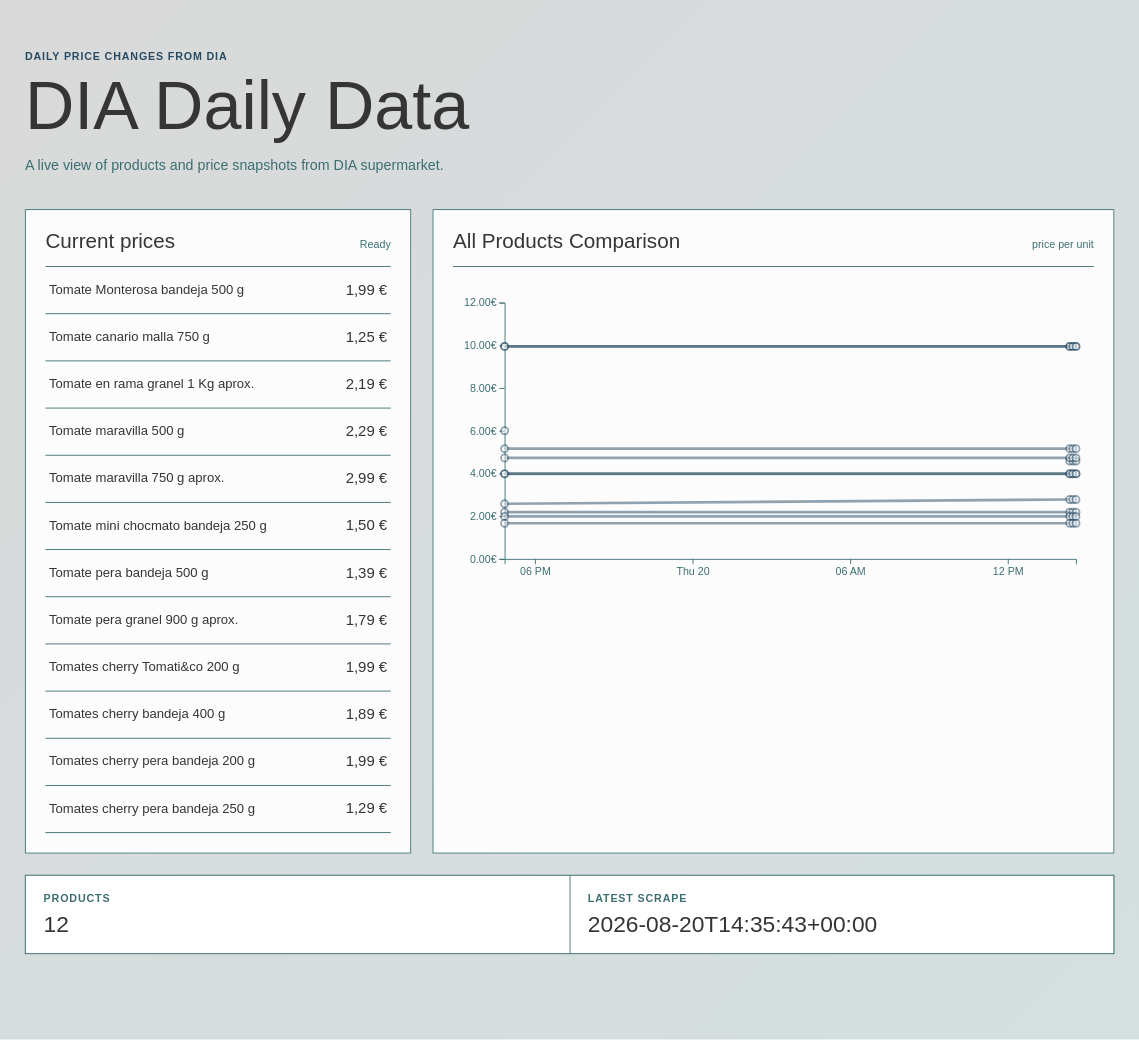
Repository: lloop/dia-daily-data
Page: http://localhost/
These files come from the project's save history. The page is drawn as it stood at one moment and after the next save; the edit follows.
The browser window is 1280 px wide. The pictures show the whole page, at 89% of full size.
The page is served by the project's application, run on Flask 3 (app.py). Other server files are loaded and not shown. The page reads the database file committed with the project.

Above is the page before, as saved 2026-08-20 17:25:12.

### templates/index.html
<!doctype html>
<html lang="en">
<head>
  <meta charset="utf-8">
  <meta name="viewport" content="width=device-width, initial-scale=1">
  <title>Daily Price Changes From DIA</title>
  <link rel="stylesheet" href="{{ url_for('static', filename='styles.css') }}">
</head>
<body>
  <main class="dashboard">
    <header class="dashboard__header">
      <p class="eyebrow">Daily Price Changes From DIA</p>
      <h1>DIA Daily Data</h1>
      <p class="lede">A live view of products and price snapshots from DIA supermarket.</p>
    </header>

    <section class="content-grid">
      <div class="panel">
        <div class="panel__heading">
          <h2>Current prices</h2>
          <span id="status">Loading...</span>
        </div>
        <div id="product-list" class="product-list"></div>
      </div>

      <div class="panel panel--chart">
        <div class="panel__heading">
          <h2 id="chart-title">Price history</h2>
          <span id="chart-unit"></span>
        </div>
        <svg id="price-chart" role="img" aria-label="Selected product price history"></svg>
        <p id="empty-chart" class="empty-state">Select a product to inspect its price history.</p>
      </div>
    </section>

    <section class="summary" aria-label="Database summary">
      <div><span class="summary__label">Products</span><strong id="product-count">-</strong></div>
      <div><span class="summary__label">Latest scrape</span><strong id="latest-scrape">-</strong></div>
    </section>

  </main>

  <script src="https://cdn.jsdelivr.net/npm/d3@7"></script>
  <script src="{{ url_for('static', filename='app.js') }}"></script>
</body>
</html>

### app.py
"""Flask server for exploring scraped DIA product and price data."""

import json
import sqlite3
from pathlib import Path

from flask import Flask, jsonify, render_template

from config import DATABASE_FILE


def create_app(database_path=None):
    """Create the Flask application, optionally using a test database."""
    app = Flask(__name__)
    app.config['DATABASE_FILE'] = Path(database_path or DATABASE_FILE)

    def query_database(query, parameters=()):
        database_file = app.config['DATABASE_FILE']
        if not database_file.exists():
            return []

        with sqlite3.connect(database_file) as connection:
            connection.row_factory = sqlite3.Row
            return [dict(row) for row in connection.execute(query, parameters)]

    @app.get('/')
    def index():
        return render_template('index.html')

    @app.get('/api/products')
    def products():
        rows = query_database(
            """
            SELECT
                products.id,
                products.name,
                products.item_type,
                products.metadata_json,
                latest.price,
                latest.currency,
                latest.raw_price_per_unit,
                latest.unit_price_eur,
                latest.availability,
                latest.scraped_at
            FROM products
            LEFT JOIN price_logs AS latest
                ON latest.id = (
                    SELECT price_logs.id
                    FROM price_logs
                    WHERE price_logs.product_id = products.id
                    ORDER BY price_logs.scraped_at DESC, price_logs.id DESC
                    LIMIT 1
                )
            ORDER BY products.name
            """
        )

        for row in rows:
            row['metadata'] = json.loads(row.pop('metadata_json') or '{}')

        return jsonify(rows)

    @app.get('/api/products/<int:product_id>/price-history')
    def price_history(product_id):
        rows = query_database(
            """
            SELECT price, currency, raw_price_per_unit, unit_price_eur,
                   availability, scraped_at
            FROM price_logs
            WHERE product_id = ?
            ORDER BY scraped_at, id
            """,
            (product_id,),
        )
        return jsonify(rows)

    return app


app = create_app()


if __name__ == '__main__':
    app.run(debug=True)

### static/styles.css
:root {
  color-scheme: light;
  --graphite: #353535;
  --stormy-teal: #3c6e71;
  --white: #ffffff;
  --alabaster-grey: #d9d9d9;
  --yale-blue: #284b63;
  --ink: var(--graphite);
  --muted: var(--stormy-teal);
  --paper: var(--alabaster-grey);
  --panel: var(--white);
  --line: var(--stormy-teal);
  --accent: var(--yale-blue);
  --accent-soft: rgba(60, 110, 113, 0.16);
}

* { box-sizing: border-box; }
body { margin: 0; background: linear-gradient(135deg, var(--alabaster-grey), rgba(60, 110, 113, 0.22)); color: var(--ink); font-family: Arial, Helvetica, sans-serif;}
.dashboard { max-width: 1280px; margin: 0 auto; padding: 56px 28px 72px; }
.dashboard__header { max-width: 700px; margin-bottom: 36px; }
.eyebrow, .summary__label, #status, #chart-unit { font: 600 0.75rem/1.2 Arial, sans-serif; letter-spacing: 0.08em; text-transform: uppercase; }
.eyebrow { color: var(--yale-blue); margin: 0 0 12px; }
h1 { font-size: clamp(2.5rem, 6vw, 5.25rem); line-height: 0.95; margin: 0 0 18px; font-weight: 500; }
.lede { color: var(--muted); font: 1rem/1.6 Arial, sans-serif; margin: 0; }
.summary { display: flex; gap: 1px; margin-bottom: 24px; background: var(--line); border: 1px solid var(--line); }
.summary > div { flex: 1; background: var(--panel); padding: 18px 20px; }
.summary__label { display: block; color: var(--muted); margin-bottom: 8px; }
.summary strong { font-size: 1.6rem; font-weight: 500; }
.content-grid { display: grid; grid-template-columns: minmax(260px, 0.85fr) minmax(420px, 1.5fr); gap: 24px; margin-bottom: 24px;}
.panel { background: rgba(255, 255, 255, 0.92); border: 1px solid var(--line); padding: 22px; min-height: 420px; }
.panel__heading { display: flex; align-items: baseline; justify-content: space-between; gap: 16px; border-bottom: 1px solid var(--line); padding-bottom: 14px; }
h2 { font-size: 1.45rem; font-weight: 500; margin: 0; }
#status, #chart-unit { color: var(--muted); letter-spacing: 0; text-transform: none; font-weight: 400; }
.product-list { display: grid; }
.product-button { display: flex; justify-content: space-between; gap: 16px; width: 100%; text-align: left; border: 0; border-bottom: 1px solid var(--line); background: transparent; color: inherit; padding: 16px 4px; cursor: pointer; }
.product-button:hover, .product-button.is-selected { background: var(--accent-soft); padding-left: 10px; padding-right: 10px; }
.product-name { font: 0.92rem/1.35 Arial, sans-serif; }
.product-price { white-space: nowrap; font-size: 1.05rem; }
#price-chart { width: 100%; height: 350px; margin-top: 20px; overflow: visible; }
.axis text { fill: var(--muted); font: 12px Arial, sans-serif; }
.axis path, .axis line { stroke: var(--line); }
.chart-line { fill: none; stroke: var(--accent); stroke-width: 3; }
.chart-dot { fill: var(--panel); stroke: var(--accent); stroke-width: 2; }
.empty-state { color: var(--muted); font: 0.95rem/1.5 Arial, sans-serif; }
@media (max-width: 800px) { .dashboard { padding: 34px 16px 48px; } .content-grid { grid-template-columns: 1fr; } .summary { flex-direction: column; } .panel--chart { min-height: 360px; } }

### output/dia_products.sqlite3 (the tables this page reads, as SQL)
CREATE TABLE price_logs (
    id INTEGER PRIMARY KEY,
    product_id INTEGER NOT NULL,
    price REAL,
    currency TEXT,
    raw_price_per_unit TEXT,
    unit_price_eur REAL,
    availability TEXT,
    scraped_at DATETIME NOT NULL,
    FOREIGN KEY (product_id) REFERENCES products(id)
);
INSERT INTO "price_logs" VALUES
(1, 1, 1.29, 'EUR', '(2,58 €/KILO)', 2.58, 'https://schema.org/InStock', '2026-08-19T16:50:45+00:00'),
(2, 2, 2.19, 'EUR', '(2,19 €/KILO)', 2.19, 'https://schema.org/InStock', '2026-08-19T16:50:45+00:00'),
(3, 3, 1.99, 'EUR', '(9,95 €/KILO)', 9.95, 'https://schema.org/InStock', '2026-08-19T16:50:45+00:00'),
(4, 4, 1.29, 'EUR', '(5,16 €/KILO)', 5.16, 'https://schema.org/InStock', '2026-08-19T16:50:45+00:00'),
(5, 5, 1.79, 'EUR', '(1,99 €/KILO)', 1.99, 'https://schema.org/InStock', '2026-08-19T16:50:45+00:00'),
(6, 6, 1.89, 'EUR', '(4,73 €/KILO)', 4.73, 'https://schema.org/InStock', '2026-08-19T16:50:45+00:00'),
(7, 7, 1.99, 'EUR', '(3,98 €/KILO)', 3.98, 'https://schema.org/InStock', '2026-08-19T16:50:45+00:00'),
(8, 8, 1.25, 'EUR', '(1,67 €/KILO)', 1.67, 'https://schema.org/InStock', '2026-08-19T16:50:45+00:00'),
(9, 9, 2.99, 'EUR', '(3,99 €/KILO)', 3.99, 'https://schema.org/OutOfStock', '2026-08-19T16:50:45+00:00'),
(10, 10, 1.5, 'EUR', '(6,00 €/KILO)', 6.0, 'https://schema.org/InStock', '2026-08-19T16:50:45+00:00'),
(11, 11, 1.99, 'EUR', '(9,95 €/KILO)', 9.95, 'https://schema.org/InStock', '2026-08-19T16:50:45+00:00'),
(12, 1, 1.39, 'EUR', '(2,78 €/KILO)', 2.78, 'https://schema.org/InStock', '2026-08-20T14:21:22+00:00'),
(13, 2, 2.19, 'EUR', '(2,19 €/KILO)', 2.19, 'https://schema.org/InStock', '2026-08-20T14:21:22+00:00'),
(14, 3, 1.99, 'EUR', '(9,95 €/KILO)', 9.95, 'https://schema.org/InStock', '2026-08-20T14:21:22+00:00'),
(15, 4, 1.29, 'EUR', '(5,16 €/KILO)', 5.16, 'https://schema.org/InStock', '2026-08-20T14:21:22+00:00'),
(16, 5, 1.79, 'EUR', '(1,99 €/KILO)', 1.99, 'https://schema.org/InStock', '2026-08-20T14:21:22+00:00'),
(17, 6, 1.89, 'EUR', '(4,73 €/KILO)', 4.73, 'https://schema.org/InStock', '2026-08-20T14:21:22+00:00'),
(18, 7, 1.99, 'EUR', '(3,98 €/KILO)', 3.98, 'https://schema.org/InStock', '2026-08-20T14:21:22+00:00'),
(19, 8, 1.25, 'EUR', '(1,67 €/KILO)', 1.67, 'https://schema.org/InStock', '2026-08-20T14:21:22+00:00'),
(20, 9, 2.99, 'EUR', '(3,99 €/KILO)', 3.99, 'https://schema.org/OutOfStock', '2026-08-20T14:21:22+00:00'),
(21, 11, 1.99, 'EUR', '(9,95 €/KILO)', 9.95, 'https://schema.org/InStock', '2026-08-20T14:21:22+00:00'),
(22, 12, 2.29, 'EUR', '(4,58 €/KILO)', 4.58, 'https://schema.org/InStock', '2026-08-20T14:21:22+00:00'),
(23, 1, 1.39, 'EUR', '(2,78 €/KILO)', 2.78, 'https://schema.org/InStock', '2026-08-20T14:28:25+00:00'),
(24, 2, 2.19, 'EUR', '(2,19 €/KILO)', 2.19, 'https://schema.org/InStock', '2026-08-20T14:28:25+00:00'),
(25, 3, 1.99, 'EUR', '(9,95 €/KILO)', 9.95, 'https://schema.org/InStock', '2026-08-20T14:28:25+00:00'),
(26, 4, 1.29, 'EUR', '(5,16 €/KILO)', 5.16, 'https://schema.org/InStock', '2026-08-20T14:28:25+00:00'),
(27, 5, 1.79, 'EUR', '(1,99 €/KILO)', 1.99, 'https://schema.org/InStock', '2026-08-20T14:28:25+00:00'),
(28, 6, 1.89, 'EUR', '(4,73 €/KILO)', 4.73, 'https://schema.org/InStock', '2026-08-20T14:28:25+00:00'),
(29, 7, 1.99, 'EUR', '(3,98 €/KILO)', 3.98, 'https://schema.org/InStock', '2026-08-20T14:28:25+00:00'),
(30, 8, 1.25, 'EUR', '(1,67 €/KILO)', 1.67, 'https://schema.org/InStock', '2026-08-20T14:28:25+00:00'),
(31, 9, 2.99, 'EUR', '(3,99 €/KILO)', 3.99, 'https://schema.org/OutOfStock', '2026-08-20T14:28:25+00:00'),
(32, 11, 1.99, 'EUR', '(9,95 €/KILO)', 9.95, 'https://schema.org/InStock', '2026-08-20T14:28:25+00:00'),
(33, 12, 2.29, 'EUR', '(4,58 €/KILO)', 4.58, 'https://schema.org/InStock', '2026-08-20T14:28:25+00:00'),
(34, 1, 1.39, 'EUR', '(2,78 €/KILO)', 2.78, 'https://schema.org/InStock', '2026-08-20T14:35:43+00:00'),
(35, 2, 2.19, 'EUR', '(2,19 €/KILO)', 2.19, 'https://schema.org/InStock', '2026-08-20T14:35:43+00:00'),
(36, 3, 1.99, 'EUR', '(9,95 €/KILO)', 9.95, 'https://schema.org/InStock', '2026-08-20T14:35:43+00:00'),
(37, 4, 1.29, 'EUR', '(5,16 €/KILO)', 5.16, 'https://schema.org/InStock', '2026-08-20T14:35:43+00:00'),
(38, 5, 1.79, 'EUR', '(1,99 €/KILO)', 1.99, 'https://schema.org/InStock', '2026-08-20T14:35:43+00:00'),
(39, 6, 1.89, 'EUR', '(4,73 €/KILO)', 4.73, 'https://schema.org/InStock', '2026-08-20T14:35:43+00:00'),
(40, 7, 1.99, 'EUR', '(3,98 €/KILO)', 3.98, 'https://schema.org/InStock', '2026-08-20T14:35:43+00:00'),
(41, 8, 1.25, 'EUR', '(1,67 €/KILO)', 1.67, 'https://schema.org/InStock', '2026-08-20T14:35:43+00:00'),
(42, 9, 2.99, 'EUR', '(3,99 €/KILO)', 3.99, 'https://schema.org/OutOfStock', '2026-08-20T14:35:43+00:00'),
(43, 11, 1.99, 'EUR', '(9,95 €/KILO)', 9.95, 'https://schema.org/InStock', '2026-08-20T14:35:43+00:00'),
(44, 12, 2.29, 'EUR', '(4,58 €/KILO)', 4.58, 'https://schema.org/InStock', '2026-08-20T14:35:43+00:00');

CREATE TABLE products (
    id INTEGER PRIMARY KEY,
    name TEXT UNIQUE NOT NULL,
    item_type TEXT,
    metadata_json TEXT NOT NULL
);
INSERT INTO "products" VALUES
(1, 'Tomate pera bandeja 500 g', 'Product', '{"type": "Product", "info_labels": ["Calibre: + 57MM-75MM", "Categoria: I", "Variedad: PERA", "Origen: PORTUGAL", "Tipo de producto: Tomates"]}'),
(2, 'Tomate en rama granel 1 Kg aprox.', 'Product', '{"type": "Product", "info_labels": ["Calibre: 57 + MM", "Categoria: I", "Variedad: RAMA", "Origen: VER ENVASE", "Tipo de producto: Tomates"]}'),
(3, 'Tomates cherry Tomati&co 200 g', 'Product', '{"type": "Product", "info_labels": ["Calibre: 18-35MM", "Categoria: I", "Variedad: VITALION", "Origen: ESPAÑA", "Tipo de producto: Tomates"]}'),
(4, 'Tomates cherry pera bandeja 250 g', 'Product', '{"type": "Product", "info_labels": ["Calibre: 17-35 MM", "Categoria: I", "Variedad: CHERRY PERA, ANGELLE", "Origen: ESPAÑA", "Tipo de producto: Tomates"]}'),
(5, 'Tomate pera granel 900 g aprox.', 'Product', '{"type": "Product", "info_labels": ["Calibre: 47-66MM", "Categoria: I", "Variedad: PERA", "Origen: PORTUGAL", "Tipo de producto: Tomates"]}'),
(6, 'Tomates cherry bandeja 400 g', 'Product', '{"type": "Product", "info_labels": ["Calibre: 18 MM - 32 MM", "Categoria: I", "Variedad: CHERRY REDONDO, KARELYA", "Origen: ESPAÑA", "Tipo de producto: Tomates"]}'),
(7, 'Tomate Monterosa bandeja 500 g', 'Product', '{"type": "Product", "info_labels": ["Calibre: +67MM-", "Categoria: I", "Variedad: MONTEROSA", "Origen: VER ENVASE", "Tipo de producto: Tomates"]}'),
(8, 'Tomate canario malla 750 g', 'Product', '{"type": "Product", "info_labels": ["Calibre: 47MM-66MM", "Categoria: I", "Variedad: -", "Origen: PORTUGAL", "Tipo de producto: Tomates"]}'),
(9, 'Tomate maravilla 750 g aprox.', 'Product', '{"type": "Product", "info_labels": ["Calibre: + 67MM", "Categoria: I", "Variedad: MARAVILLA", "Origen: ESPAÑA", "Tipo de producto: Tomates"]}'),
(10, 'Tomate mini chocmato bandeja 250 g', 'Product', '{"type": "Product", "info_labels": ["Calibre: 17-35MM", "Categoria: I", "Variedad: MINI CHOCMATO", "Origen: ESPAÑA", "Tipo de producto: Tomates"]}'),
(11, 'Tomates cherry pera bandeja 200 g', 'Product', '{"type": "Product", "info_labels": ["Calibre: 20-35 MM", "Categoria: I", "Variedad: CHERRY PERA LOBELLO", "Origen: ESPAÑA", "Tipo de producto: Tomates"]}'),
(12, 'Tomate maravilla 500 g', 'Product', '{"type": "Product", "info_labels": ["Calibre: 57 MM", "Categoria: I", "Variedad: MARAVILLA", "Origen: ESPAÑA", "Tipo de producto: Tomates"]}');

Loaded but not shown: static/app.js (179 lines, source omitted)

After the next save:
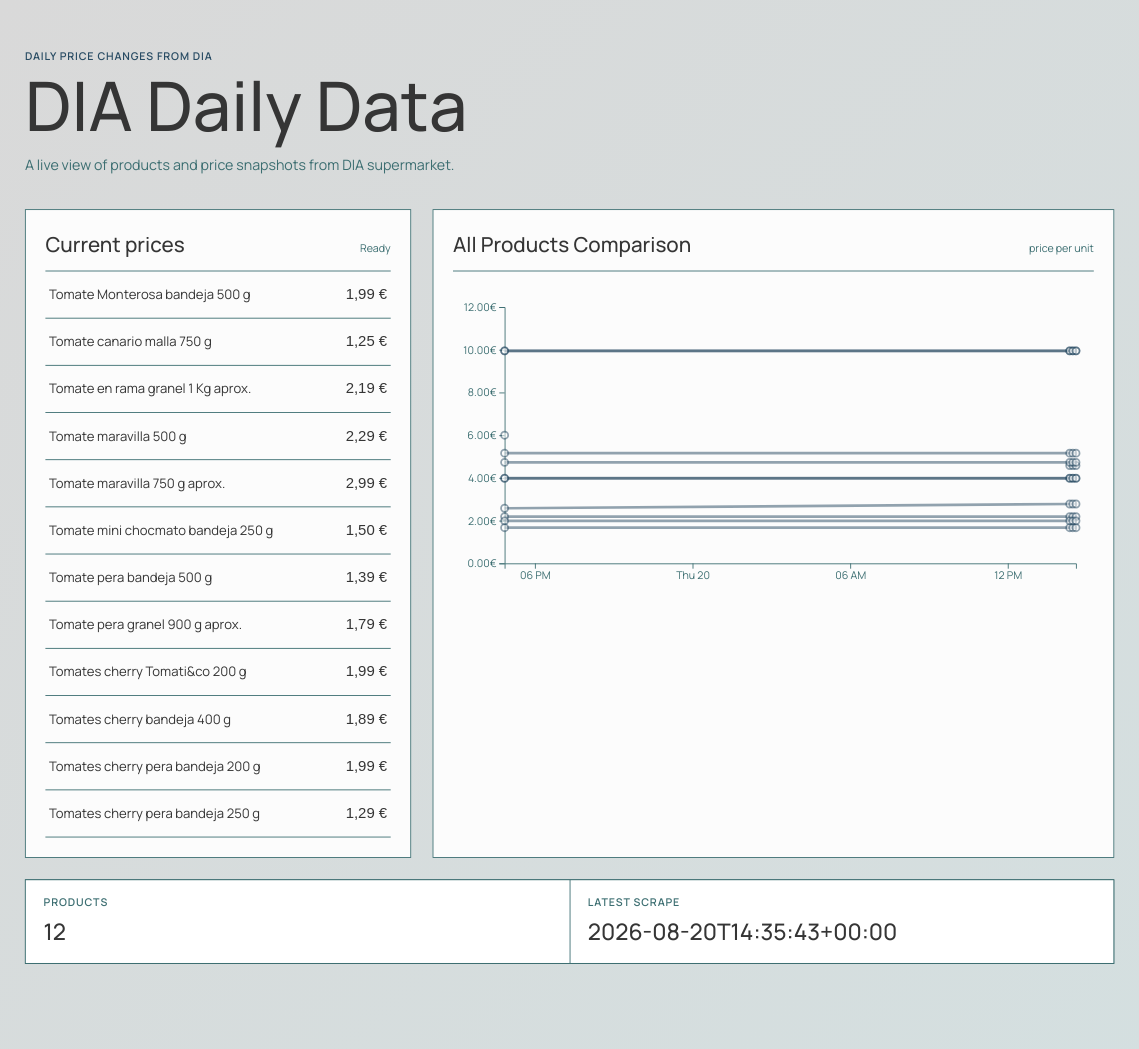
Saved 86 s later.
--- a/static/styles.css
+++ b/static/styles.css
@@ -1,5 +1,8 @@
+@import url('https://fonts.googleapis.com/css2?family=Manrope:wght@400;500;600;700&display=swap');
+
 :root {
   color-scheme: light;
+  --font-sans: 'Manrope', 'Helvetica Neue', Arial, sans-serif;
   --graphite: #353535;
   --stormy-teal: #3c6e71;
   --white: #ffffff;
@@ -15,13 +18,13 @@
 }
 
 * { box-sizing: border-box; }
-body { margin: 0; background: linear-gradient(135deg, var(--alabaster-grey), rgba(60, 110, 113, 0.22)); color: var(--ink); font-family: Arial, Helvetica, sans-serif;}
+body { margin: 0; background: linear-gradient(135deg, var(--alabaster-grey), rgba(60, 110, 113, 0.22)); color: var(--ink); font-family: var(--font-sans);}
 .dashboard { max-width: 1280px; margin: 0 auto; padding: 56px 28px 72px; }
 .dashboard__header { max-width: 700px; margin-bottom: 36px; }
-.eyebrow, .summary__label, #status, #chart-unit { font: 600 0.75rem/1.2 Arial, sans-serif; letter-spacing: 0.08em; text-transform: uppercase; }
+.eyebrow, .summary__label, #status, #chart-unit { font: 600 0.75rem/1.2 var(--font-sans); letter-spacing: 0.08em; text-transform: uppercase; }
 .eyebrow { color: var(--yale-blue); margin: 0 0 12px; }
 h1 { font-size: clamp(2.5rem, 6vw, 5.25rem); line-height: 0.95; margin: 0 0 18px; font-weight: 500; }
-.lede { color: var(--muted); font: 1rem/1.6 Arial, sans-serif; margin: 0; }
+.lede { color: var(--muted); font: 1rem/1.6 var(--font-sans); margin: 0; }
 .summary { display: flex; gap: 1px; margin-bottom: 24px; background: var(--line); border: 1px solid var(--line); }
 .summary > div { flex: 1; background: var(--panel); padding: 18px 20px; }
 .summary__label { display: block; color: var(--muted); margin-bottom: 8px; }
@@ -34,12 +37,12 @@
 .product-list { display: grid; }
 .product-button { display: flex; justify-content: space-between; gap: 16px; width: 100%; text-align: left; border: 0; border-bottom: 1px solid var(--line); background: transparent; color: inherit; padding: 16px 4px; cursor: pointer; }
 .product-button:hover, .product-button.is-selected { background: var(--accent-soft); padding-left: 10px; padding-right: 10px; }
-.product-name { font: 0.92rem/1.35 Arial, sans-serif; }
+.product-name { font: 0.92rem/1.35 var(--font-sans); }
 .product-price { white-space: nowrap; font-size: 1.05rem; }
 #price-chart { width: 100%; height: 350px; margin-top: 20px; overflow: visible; }
-.axis text { fill: var(--muted); font: 12px Arial, sans-serif; }
+.axis text { fill: var(--muted); font: 12px var(--font-sans); }
 .axis path, .axis line { stroke: var(--line); }
 .chart-line { fill: none; stroke: var(--accent); stroke-width: 3; }
 .chart-dot { fill: var(--panel); stroke: var(--accent); stroke-width: 2; }
-.empty-state { color: var(--muted); font: 0.95rem/1.5 Arial, sans-serif; }
+.empty-state { color: var(--muted); font: 0.95rem/1.5 var(--font-sans); }
 @media (max-width: 800px) { .dashboard { padding: 34px 16px 48px; } .content-grid { grid-template-columns: 1fr; } .summary { flex-direction: column; } .panel--chart { min-height: 360px; } }
